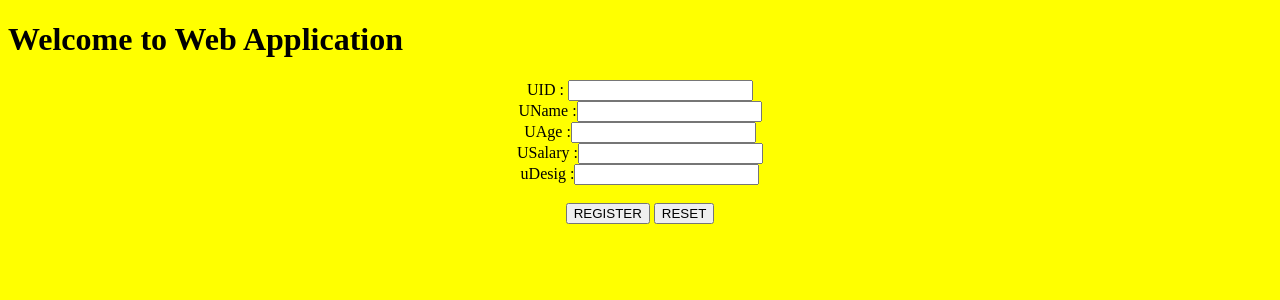
Repository: Thaneshwara848/JSP_Demo
Page: SLProject1/src/main/webapp/Register.html
An editor plug-in stored every save of this project. The page is shown before and after a run of saves, followed by the edit.
The browser window is 1280 px wide. The pictures show the whole page.

Above is the page before, as saved 2022-08-08 15:06:47.

After the next 2 saves:
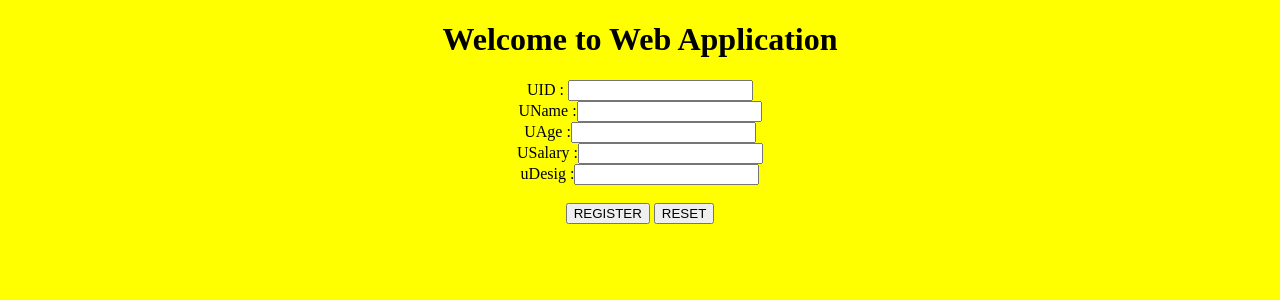
The 2 saves are shown as one change because they came seconds apart.
The last was saved 13 s later.
--- a/SLProject1/src/main/webapp/Register.html
+++ b/SLProject1/src/main/webapp/Register.html
@@ -5,8 +5,10 @@
 <title>Insert title here</title>
 </head>
 <body bgcolor="yellow">
-<h1>Welcome to Web Application</h1>
+
 	<div style="text-align: center;">
+	<h1>Welcome to Web Application</h1>
+
 		<form action="" >
 
 			UID : <input type="text" name="uid"><br>
